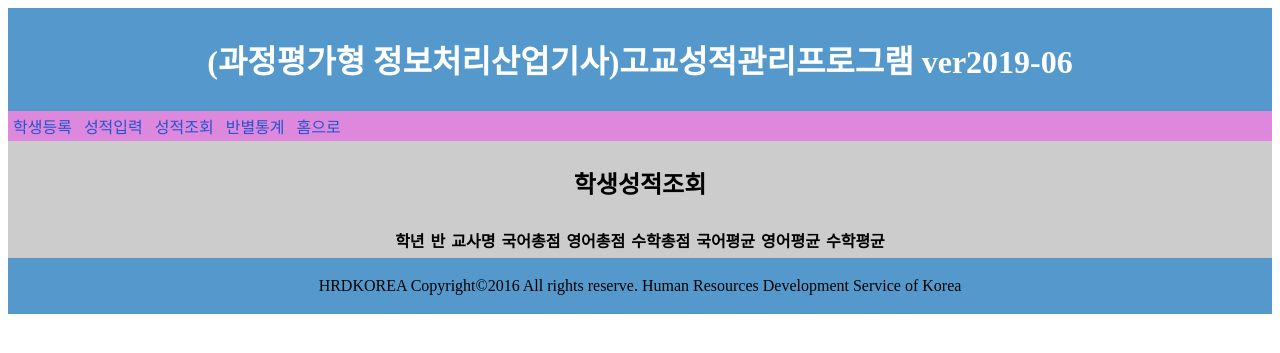
Repository: bolbbal/jdbc
Page: http://localhost/cbq_99/sub4.jsp
The author's editor kept a copy of each file at every save. The page is drawn from the files as they stood at one save, then again after the next save.
The browser window is 1280 px wide. The pictures show the whole page.
The page is served by Tomcat 9. Other server files are loaded and not shown. Queries for data that is not in the repository find no rows.

Above is the page before, as saved 2024-08-26 07:52:16.

### javastudy18/jspStudy/cbq_99/cbq_99/WebContent/sub4.jsp
<%@ page language="java" contentType="text/html; charset=UTF-8"
	pageEncoding="UTF-8"%>
<%@ page import="Model.*"%>
<%@ page import="java.sql.*"%>
<%@ page import="java.util.*"%>
<%@ page import="java.text.*"%>
<%
	ScoreDao dao = new ScoreDao();
	List<ScoreVo> list = dao.selectClassScore();
%>
<!DOCTYPE html>
<html>
<head>
<meta charset="UTF-8">
<title>고교성적관리</title>
<style>
header {
	background: #59c;
	padding: 1px;
}

h1 {
	color: #fff;
	text-align: center;
	padding: 6px
}

nav {
	background: #D8D;
	padding: 1px
}

a {
	text-decoration: none;
	color: #25C;
	display: inline-block;
	padding: 2px 4px;
}

section {
	padding: 1px;
	background: #CCC;
}

h2 {
	text-align: center;
	padding: 3px;
}

footer {
	background: #59c;
	padding: 1px;
}

footer p {
	text-align: center;
	padding: 2px;
}

table, th, td {
	border: 1px solid #ccc;
}

table {
	margin: 0 auto;
	text-align:center;
}
</style>

</head>
<body>
	<header>
		<h1>(과정평가형 정보처리산업기사)고교성적관리프로그램 ver2019-06</h1>
	</header>
	<nav>
		<a href="sub1.jsp">학생등록</a>
		<a href="sub2.jsp">성적입력</a>
		<a href="sub3.jsp">성적조회</a>
		<a href="sub4.jsp">반별통계</a>
		<a href="index.jsp">홈으로</a>
	</nav>
	<section>
		<h2>학생성적조회</h2>
		<form name="my" method="post" action="sub2pro.jsp" onsubmit="return check()">
			<table>
				<tr>
					<th>학년</th>
					<th>반</th>
					<th>교사명</th>
					<th>국어총점</th>
					<th>영어총점</th>
					<th>수학총점</th>
					<th>국어평균</th>
					<th>영어평균</th>
					<th>수학평균</th>
				</tr>
				<%
					for (ScoreVo vo : list) {
				%>
				<tr>
					<th><%=vo.getSyear()%></th>
					<th><%=vo.getSclass()%></th>
					<th><%=vo.getTname()%></th>
					<th><%=vo.getTkor()%></th>
					<th><%=vo.getTeng()%></th>
					<th><%=vo.getTmat()%></th>
					<th><%=vo.getAkor()%></th>
					<th><%=vo.getAeng()%></th>
					<th><%=vo.getAmat()%></th>
				</tr>
				<%
					}
				%>
			</table>
		</form>
	</section>
	<footer>
		<p>HRDKOREA Copyright&copy;2016 All rights reserve. Human Resources Development Service of Korea</p>
	</footer>
</body>
</html>

### javastudy18/jspStudy/cbq_99/cbq_99/src/Model/ScoreDao.java
package Model;

import java.sql.*;
import java.text.DecimalFormat;
import java.util.ArrayList;
import java.util.List;

public class ScoreDao {
	DecimalFormat df = new DecimalFormat("##.0");

	public void close(Connection conn, PreparedStatement pstmt, ResultSet rs) {
		try {
			if (rs != null) {
				rs.close();
			}
			if (pstmt != null) {
				pstmt.close();
			}
			if (conn != null) {
				conn.close();
			}
		} catch (Exception e) {
			e.printStackTrace();
		}
	}

	public void close(Connection conn, PreparedStatement pstmt) {
		try {
			if (pstmt != null) {
				pstmt.close();
			}
			if (conn != null) {
				conn.close();
			}
		} catch (Exception e) {
			e.printStackTrace();
		}
	}

	public void insertStudent(ScoreVo vo) {
		Connection conn = null;
		PreparedStatement pstmt = null;

		String sql = "insert into tbl_student_201905 values (?,?,?,?,?,?,?,?,?)";

		try {
			conn = DBManager.getInstance().getDBManager();
			pstmt = conn.prepareStatement(sql);
			pstmt.setString(1, vo.getSyear());
			pstmt.setString(2, vo.getSclass());
			pstmt.setString(3, vo.getSno());
			pstmt.setString(4, vo.getSname());
			pstmt.setString(5, vo.getBirth());
			pstmt.setString(6, vo.getGender());
			pstmt.setString(7, vo.getTel1());
			pstmt.setString(8, vo.getTel2());
			pstmt.setString(9, vo.getTel3());

			pstmt.executeUpdate();
		} catch (Exception e) {
			e.printStackTrace();
		} finally {
			close(conn, pstmt);
		}
	}

	public void insertScore(ScoreVo vo) {
		Connection conn = null;
		PreparedStatement pstmt = null;

		String sql = "insert into tbl_score_201905 values (?,?,?,?,?,?)";

		try {
			conn = DBManager.getInstance().getDBManager();
			pstmt = conn.prepareStatement(sql);
			pstmt.setString(1, vo.getSyear());
			pstmt.setString(2, vo.getSclass());
			pstmt.setString(3, vo.getSno());
			pstmt.setInt(4, vo.getKor());
			pstmt.setInt(5, vo.getEng());
			pstmt.setInt(6, vo.getMat());

			pstmt.executeUpdate();
		} catch (Exception e) {
			e.printStackTrace();
		} finally {
			close(conn, pstmt);
		}
	}

	public List<ScoreVo> selectScore() {
		Connection conn = null;
		PreparedStatement pstmt = null;
		ResultSet rs = null;

		String sql = "select std.syear, std.sclass, std.sno, std.sname, \r\n" + "decode(std.gender, 'M', '남',\r\n"
				+ "                   'F', '여') as gender, \r\n"
				+ "sc.kor, sc.eng, sc.mat, sum(kor+eng+mat) as tot, \r\n" + "round(avg((kor+eng+mat)/3),1) as ave \r\n"
				+ "from tbl_student_201905 std, tbl_score_201905 sc \r\n"
				+ "where std.sno = sc.sno and std.sclass = sc.sclass\r\n"
				+ "group by std.syear, std.sclass, std.sno, std.sname, sc.kor, \r\n"
				+ "sc.eng, sc.mat, decode(std.gender, 'M', '남', 'F', '여')\r\n" + "order by sclass asc, sno asc";

		List<ScoreVo> list = new ArrayList<ScoreVo>();

		try {
			conn = DBManager.getInstance().getDBManager();
			pstmt = conn.prepareStatement(sql);
			rs = pstmt.executeQuery();

			while (rs.next()) {
				ScoreVo vo = new ScoreVo();
				vo.setSyear(rs.getString("syear"));
				vo.setSclass(rs.getString("sclass"));
				vo.setSno(rs.getString("sno"));
				vo.setSname(rs.getString("sname"));
				vo.setGender(rs.getString("gender"));
				vo.setKor(rs.getInt("kor"));
				vo.setEng(rs.getInt("eng"));
				vo.setMat(rs.getInt("mat"));
				vo.setTot(rs.getInt("tot"));
				double ave = rs.getDouble("ave");
				df.format(ave);
				vo.setAve(ave);

				list.add(vo);
			}
		} catch (Exception e) {
			e.printStackTrace();
		} finally {
			close(conn, pstmt);
		}
		return list;
	}

	public List<ScoreVo> selectClassScore() {
		Connection conn = null;
		PreparedStatement pstmt = null;
		ResultSet rs = null;

		String sql = "select dept.syear, dept.sclass, dept.tname, \r\n"
				+ "sum(kor) as tkor, sum(eng) as teng, sum(mat) as tmat,\r\n"
				+ "round(avg(kor),1) as akor, round(avg(eng),1) as aeng, round(avg(mat),1) as amat\r\n"
				+ "from tbl_dept_201905 dept, tbl_score_201905 score\r\n" + "where dept.sclass = score.sclass\r\n"
				+ "group by dept.syear, dept.tname, dept.sclass";

		List<ScoreVo> list = new ArrayList<ScoreVo>();

		try {
			conn = DBManager.getInstance().getDBManager();
			pstmt = conn.prepareStatement(sql);
			rs = pstmt.executeQuery();

			while (rs.next()) {
				ScoreVo vo = new ScoreVo();
				vo.setSyear(rs.getString("syear"));
				vo.setSclass(rs.getString("sclass"));
				vo.setTname(rs.getString("tname"));
				vo.setTkor(rs.getInt("tkor"));
				vo.setTeng(rs.getInt("teng"));
				vo.setTmat(rs.getInt("tmat"));

				double akor = rs.getDouble("akor");
				df.format(akor);
				vo.setAkor(akor);

				double aeng = rs.getDouble("aeng");
				df.format(aeng);
				vo.setAeng(aeng);

				double amat = rs.getDouble("amat");
				df.format(amat);
				vo.setAmat(amat);

				list.add(vo);
			}
		} catch (Exception e) {
			e.printStackTrace();
		} finally {
			close(conn, pstmt);
		}
		return list;
	}

	public ScoreVo selectScoreTot() {
		Connection conn = null;
		PreparedStatement pstmt = null;
		ResultSet rs = null;

		String sql = "select sum(kor) as tkor, sum(eng) as teng, sum(mat) as tmat\r\n" + "from tbl_score_201905";

		ScoreVo vo = new ScoreVo();

		try {
			conn = DBManager.getInstance().getDBManager();
			pstmt = conn.prepareStatement(sql);
			rs = pstmt.executeQuery();

			if (rs.next()) {

				vo.setTkor(rs.getInt("tkor"));
				vo.setTeng(rs.getInt("teng"));
				vo.setTmat(rs.getInt("tmat"));

			}
		} catch (Exception e) {
			e.printStackTrace();
		} finally {
			close(conn, pstmt);
		}
		return vo;
	}

	public ScoreVo selectScoreAve() {
		Connection conn = null;
		PreparedStatement pstmt = null;
		ResultSet rs = null;

		String sql = "select sum(kor) as tkor, sum(eng) as teng, sum(mat) as tmat\r\n" + "from tbl_score_201905";

		ScoreVo vo = new ScoreVo();

		try {
			conn = DBManager.getInstance().getDBManager();
			pstmt = conn.prepareStatement(sql);
			rs = pstmt.executeQuery();

			if (rs.next()) {

				double akor = rs.getDouble("akor");
				df.format(akor);
				vo.setAkor(akor);

				double aeng = rs.getDouble("aeng");
				df.format(aeng);
				vo.setAeng(aeng);

				double amat = rs.getDouble("amat");
				df.format(amat);
				vo.setAmat(amat);
			}
		} catch (Exception e) {
			e.printStackTrace();
		} finally {
			close(conn, pstmt);
		}
		return vo;
	}
}

### javastudy18/jspStudy/cbq_99/cbq_99/src/Model/DBManager.java
package Model;

import java.sql.Connection;
import java.sql.DriverManager;

public class DBManager {
	private static DBManager instance = new DBManager();
	private DBManager() {

	}

	public static DBManager getInstance() {
		return instance;
	}

	public Connection getDBManager() {
		Connection conn = null;

		String driver = "oracle.jdbc.driver.OracleDriver";
		String url = "jdbc:oracle:thin:@localhost:1521:xe";
		String id = "jsl18";
		String pw = "1234";

		try {
			Class.forName(driver);
			conn = DriverManager.getConnection(url,id,pw);
		} catch (Exception e) {
			e.printStackTrace();
		}

		return conn;
	}
}

After the next save:
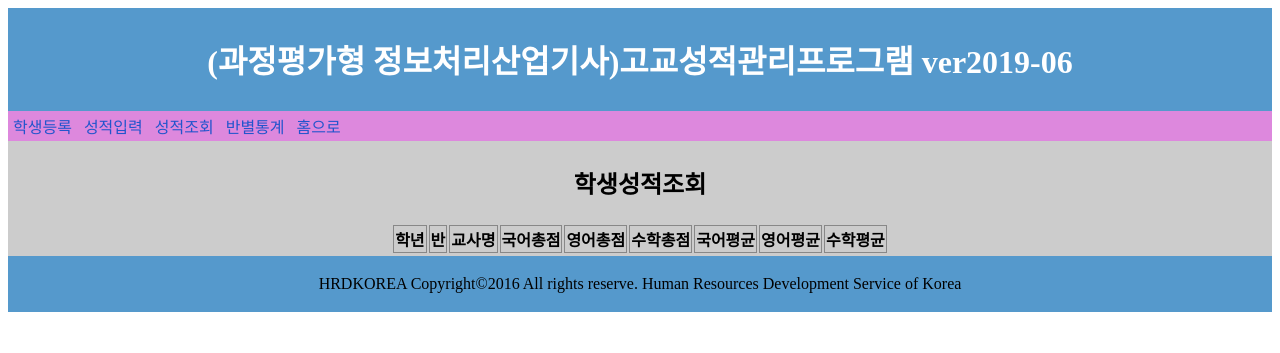
Saved 31 s later.
--- a/javastudy18/jspStudy/cbq_99/cbq_99/WebContent/sub4.jsp
+++ b/javastudy18/jspStudy/cbq_99/cbq_99/WebContent/sub4.jsp
@@ -57,8 +57,10 @@
 	padding: 2px;
 }
 
-table, th, td {
-	border: 1px solid #ccc;
+tr, th, td {
+	border-style: solid;
+	border-width: 1px;
+	border-color: #888;
 }
 
 table {
